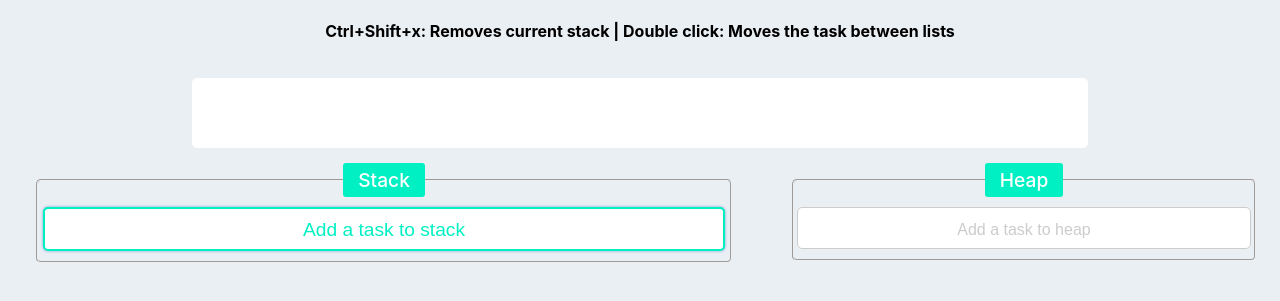
Repository: litalsh/meeting_v1
Page: /
The author's editor kept a copy of each file at every save. The page is drawn from the files as they stood at one save, then again after the next save.
The browser window is 1280 px wide. The pictures show the whole page.
The project was rebuilt for these pictures with package versions that can differ from the ones it lists, and the page was loaded fresh each time. Also part of the build but not shown: src/Task.js.

Above is the page before, as saved 2020-12-07 17:54:11.

### public/index.html
<!DOCTYPE html>
<html lang="en">
  <head>
    <meta charset="utf-8" />
    <meta name="viewport" content="width=device-width, initial-scale=1" />
    <meta name="theme-color" content="#000000" />
    <meta
      name="description"
      content="Web site created using create-react-app"
    />
    <link rel="apple-touch-icon" href="%PUBLIC_URL%/logo192.png" />
    <!--
      manifest.json provides metadata used when your web app is installed on a
      user's mobile device or desktop. See https://developers.google.com/web/fundamentals/web-app-manifest/
    -->
    <link rel="manifest" href="%PUBLIC_URL%/manifest.json" />
    <!--
      Notice the use of %PUBLIC_URL% in the tags above.
      It will be replaced with the URL of the `public` folder during the build.
      Only files inside the `public` folder can be referenced from the HTML.

      Unlike "/favicon.ico" or "favicon.ico", "%PUBLIC_URL%/favicon.ico" will
      work correctly both with client-side routing and a non-root public URL.
      Learn how to configure a non-root public URL by running `npm run build`.
    -->
    <title>Meeting Managment App</title>
  </head>
  <body>
    <noscript>You need to enable JavaScript to run this app.</noscript>
    <div id="root"></div>
    <!--
      This HTML file is a template.
      If you open it directly in the browser, you will see an empty page.

      You can add webfonts, meta tags, or analytics to this file.
      The build step will place the bundled scripts into the <body> tag.

      To begin the development, run `npm start` or `yarn start`.
      To create a production bundle, use `npm run build` or `yarn build`.
    -->
  </body>
</html>

### src/App.js
import React, { useState, useEffect } from "react";
import "./App.css";
import { v4 as uuidv4 } from "uuid";
import Task from "./Task";

const App = () => {
  const [stack, setStack] = useState([]);
  const [heap, setHeap] = useState([]);

  const newTaskHandler = (event) => {
    if (event.which === 13 && event.target.value !== '') {
      setStack([
        ...stack,
        { id: uuidv4(), type: 'stack', topic: event.target.value, isDone: false }
      ]);
      event.target.value = '';
    };
  };

  const newHeapHandler = (event) => {
    if (event.which === 13 && event.target.value !== '') {
      setHeap([
        ...heap,
        { id: uuidv4(), type: 'heap', topic: event.target.value, isDone: false }
      ]);
      event.target.value = '';
    };
  };

  const taskRemoveHandler = (id, type) => {
    if(type === 'stack'){
    const taskIndex = stack.findIndex(task => {
      return task.id === id;
    });

    let tempList = [...stack];
    tempList.splice(tempList[taskIndex], 1);
    setStack(tempList)
  };
    if(type === 'heap'){
      const taskIndex = heap.findIndex(task => {
        return task.id === id;
      });

      let tempList = [...heap];
      tempList.splice(tempList[taskIndex], 1);
      setHeap(tempList)
    };
    return console.log('taskRmoveHandler: ', stack);

  }

  const keyboardRemoveHandler = (e) => {

    if (e.ctrlKey && e.shiftKey && e.which === 88) {
      let tempStack = [...stack];
      tempStack.splice(tempStack.length - 1, 1);
      setStack(tempStack);
    }
  }
  useEffect(() => {
    if (document){
      document.addEventListener('keydown', keyboardRemoveHandler);
    }
    return () => {
      document.removeEventListener('keydown', keyboardRemoveHandler);
    }
  }, [stack]);

  // const keyboardCangeListHandler = (e, id, type) => {

  //   if (e.ctrlKey && e.which === 77) {
  //     changeListHandler(id, type);
  //   }
  // }

  const changeListHandler = (id, type) => {
    // move task from stack to heap
    if (type === 'stack') {
      const taskIndex = stack.findIndex(task => {
        return task.id === id;
      });
      setHeap([...heap, { id: stack[taskIndex].id, type: 'heap', topic: stack[taskIndex].topic, isDone: false }]);

      let tempStack = [...stack];
      tempStack.splice(taskIndex, 1);
      setStack(tempStack);
      console.log('change to heap ', stack, '  ', heap)
    };

    // move task from heap to stack
    if (type === 'heap') {
      const taskIndex = heap.findIndex(task => {
        return task.id === id;
      });
      setStack([...stack, { id: heap[taskIndex].id, type: 'stack', topic: heap[taskIndex].topic, isDone: false }]);

      let tempHeap = [...heap];
      tempHeap.splice(taskIndex, 1);
      setHeap(tempHeap);
      console.log('change to stack ', stack, '  ', heap)
    };
  }

  return (
    <div className="container">
      <h4>Ctrl+Shift+x: Removes current stack  |  Double click: Moves the task between lists</h4>
      <div className="current-task">
        <h1>{stack[0] !== undefined ? stack[stack.length - 1].topic : null}</h1>
      </div>
      <fieldset className="task-list">
      <legend>Stack</legend>
        <ul>
          <>
            {console.log('1', stack)}
            {stack[0] !== undefined ? stack.map((task, id) => (
              <Task title={task.topic}
                key={id}
                remove={() => taskRemoveHandler(task.id, task.type)}
                move={() => changeListHandler(task.id, task.type)}
                 />
            )) : null}
          </>
        </ul>
        <input type="text" placeholder="Add a task to stack" onKeyDown={newTaskHandler} className='stack-input'  autoFocus aria-flowto='heap-input' />
      </fieldset>

      <fieldset className="task-list">
        <legend>Heap</legend>
        <input type="text" placeholder="Add a task to heap" onKeyDown={newHeapHandler} className='heap-input'  aria-flowto='stack-input' />
        <ul>
          <>
            {console.log('2', heap)}
            {heap[0] !== undefined ? heap.map((task, id) => (
              <Task title={task.topic}
                key={id}
                remove={() => taskRemoveHandler(task.id, task.type)}
                move={() => changeListHandler(task.id, task.type)}/>
            )) : null}
          </>
        </ul>
      </fieldset>
    </div>
  );
};

export default App;

### src/App.css
body{
 background-color:  #eaeff4;
}

h4 {
  text-align: center;
  grid-column: 1/3;}

.container {
  display: grid;
  grid-template-columns: 3fr 2fr;
}

.current-task {
  text-align: center;
  height: 70px;
  grid-column: 1/5;
  width: 70%;
  background: #fff;
  margin: 15px auto;
  border-radius: 5px;
  display: flex;
  align-items: center;
  flex-direction: column;
  justify-content: center;
}

.task-list {
  display: flex;
  flex-direction: column;
  align-self: start;
  border-radius: 5px;
  min-height: 4rem;
  padding: 5px 0;
  width: 90%;
  margin: 0 auto;
 }

 legend {
  margin: 0 auto;
  font-size: 1.2rem;
  font-weight: 500;
  background-color: #00f0c4;
  padding: 5px 15px;
  color: #fff;
  border-radius: 3px;
 }

ul {
  list-style-type: none;
  margin: 0;
  padding: 0;
}

li {
  border: 1px solid AliceBlue;
  width: 70%;
  line-height: 40px;
  margin: -1px auto;
  position: relative;
  background-color: #fff;
  cursor: pointer;
}

.task_item {
  width: 98%;
  line-height: 40px;
  margin: 3px auto;
  position: relative;
  text-align: center;
  border-radius: 5px;
}

.stack-input {
  border: 2px solid #00f0c4;
  width: 98%;
  line-height: 40px;
  margin: 5px auto;
  position: relative;
  text-align: center;
  border-radius: 5px;
  font-size: 1.3rem;
  padding: 0;
}

.heap-input {
  border: 1px solid #ccc;
  width: 98%;
  line-height: 40px;
  margin: 5px auto;
  position: relative;
  text-align: center;
  border-radius: 5px;
  font-size: 1.3rem;
  padding: 0;
}

.stack-input::placeholder{
  color: #00f0c4;
  font-size: 1.2rem;
}

.heap-input::placeholder{
  color: #ccc;
  font-size: 1rem;
}

.stack-input:focus {
  outline: none !important;
  border: 2px solid #00f0c4;
  box-shadow: 0 0 3px #719ECE;
}

.remove {
  width: 30px;
  height: 30px;
  position: absolute;
  top: 50%;
  right: 10px;
  transform: translateY(-50%);
  border-radius: 50%;
  border: none;
  font-weight: bold;
  color: gray;
  cursor: pointer;
}

Loaded but not shown: src/index.js (common file); src/index.css (common file); src/reportWebVitals.js (common file)

After the next save:
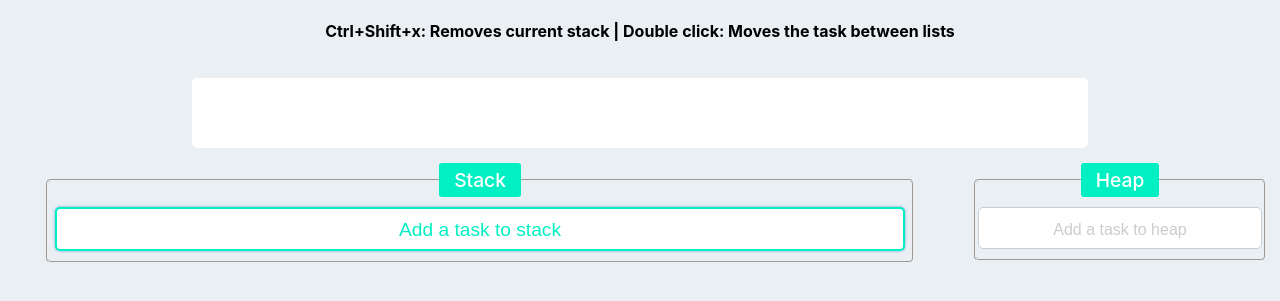
Saved 39 h 27 min later.
--- a/src/App.css
+++ b/src/App.css
@@ -8,7 +8,7 @@ h4 {
 
 .container {
   display: grid;
-  grid-template-columns: 3fr 2fr;
+  grid-template-columns: 3fr 1fr;
 }
 
 .current-task {
